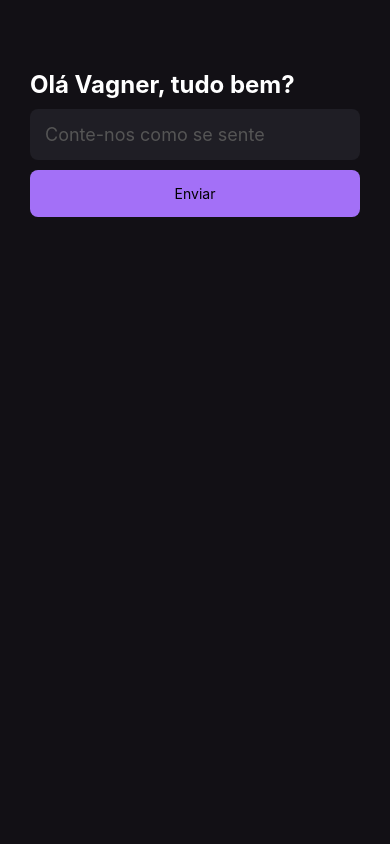
Repository: vagnereix/01-myskills-trilha-react-native
Screen: /
An editor plug-in stored every save of this project. The screen is shown before and after the next save, followed by the edit.
The app was drawn by React Native's web renderer in a window 390 px wide. The project was rebuilt for these pictures with package versions that can differ from the ones it lists, and the page was loaded fresh each time.

Above is the screen before, as saved 2021-06-17 17:30:48.

After the next save:
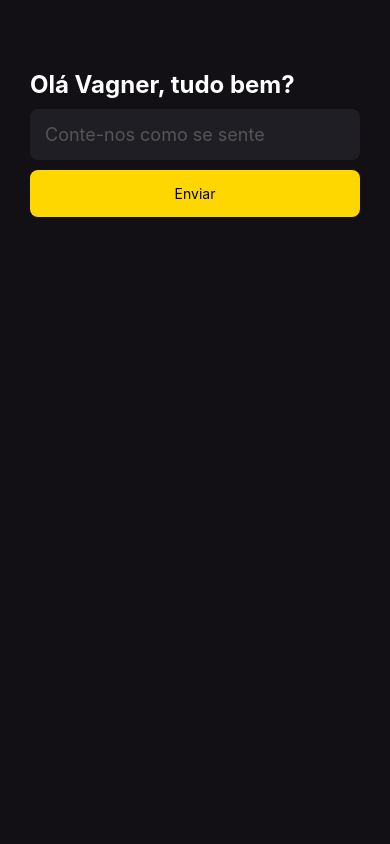
Saved 10 s later.
--- a/pages/home.tsx
+++ b/pages/home.tsx
@@ -46,7 +46,7 @@
     padding: Platform.OS == 'android' ? 10 : 15,
   },
   touch: {
-    backgroundColor: '#a370f7',
+    backgroundColor: 'gold',
     marginTop: 10,
     padding: 15,
     borderRadius: 8,

After the save that followed:
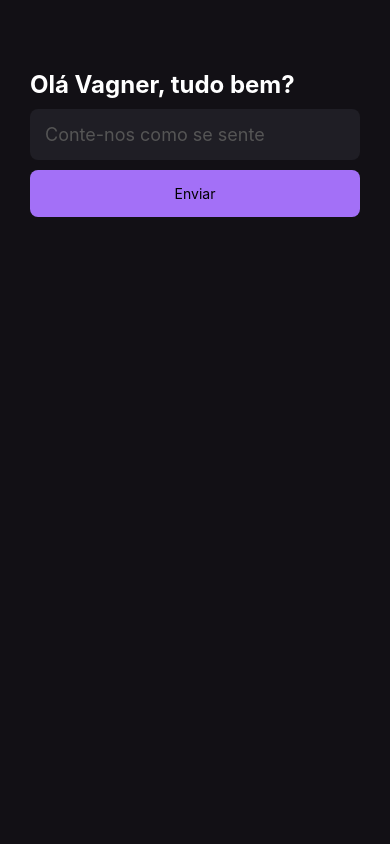
Saved 17 s later.
--- a/pages/home.tsx
+++ b/pages/home.tsx
@@ -46,7 +46,7 @@
     padding: Platform.OS == 'android' ? 10 : 15,
   },
   touch: {
-    backgroundColor: 'gold',
+    backgroundColor: '#a370f7',
     marginTop: 10,
     padding: 15,
     borderRadius: 8,
